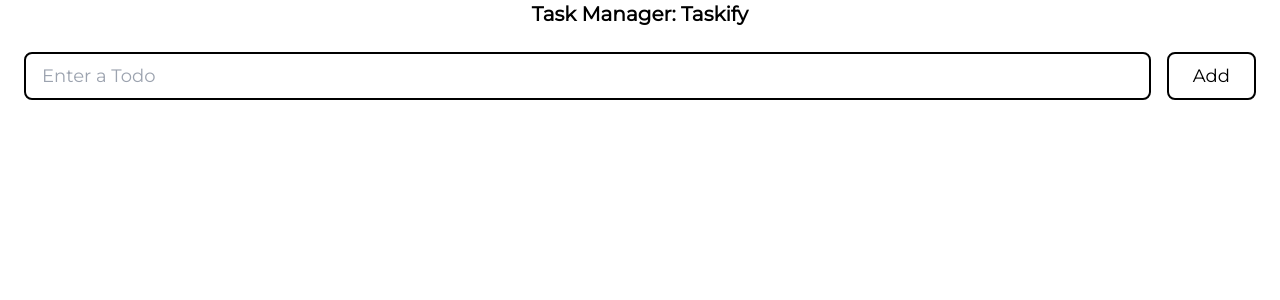
Repository: Dineshbhandari2023/Todo
Page: /
The author's editor kept a copy of each file at every save. The page is drawn from the files as they stood at one save, then again after the next save.
The browser window is 1280 px wide. The pictures show the whole page.
Some web fonts or font styles are not loaded; a fallback is used. The project was rebuilt for these pictures with package versions that can differ from the ones it lists, and the page was loaded fresh each time.

Above is the page before, as saved 2025-06-18 22:34:23.

### src/App.tsx
import React from "react";
import "./App.css";
import InputFields from "./Components/InputFields";

// //Learning Types
// let name: string;
// let age: number;
// let hobbies: string[];
// let role: [number, number, string];

// // Objects Can be defined using: types or interface
// type Animal = {
//   name: string;
//   age: number;
//   color?: string;
// };

// let myAnimal: Animal = {
//   name: "Dog",
//   age: 3,
//   color: "Brown",
// };

// let Animals: Animal[];

// //defining function in ts
// function printAnything(Animal: string) {
//   console.log(Animal);
// }

// printAnything("DOG");

function App() {
  return (
    <div className="App">
      <h1 className="font-bold text-xl">Task Manager: Taskify</h1>
      <InputFields />
    </div>
  );
}

export default App;

### src/App.css
@import url("https://fonts.googleapis.com/css2?family=Montserrat:ital@0;1&family=Savate:ital,wght@0,200..900;1,200..900&display=swap");

.App {
  text-align: center;
  font-family: "Montserrat", sans-serif;
}

### src/Components/InputFields.tsx
import React from "react";

const InputFields = () => {
  return (
    <div className="flex gap-4 m-6">
      <input
        type="text"
        placeholder="Enter a Todo"
        className="flex-1 px-4 py-2 border-2 border-black rounded-lg text-lg focus:outline-none focus:ring-2 focus:ring-blue-500"
      />
      <button className="px-6 py-2 bg-white border-2 border-black rounded-lg text-lg font-medium hover:bg-gray-50 focus:outline-none focus:ring-2 focus:ring-blue-500">
        Add
      </button>
    </div>
  );
};

export default InputFields;

Loaded but not shown: public/index.html (common file); src/index.tsx (common file); src/index.css (common file); tailwind.config.js (common file)

After the next save:
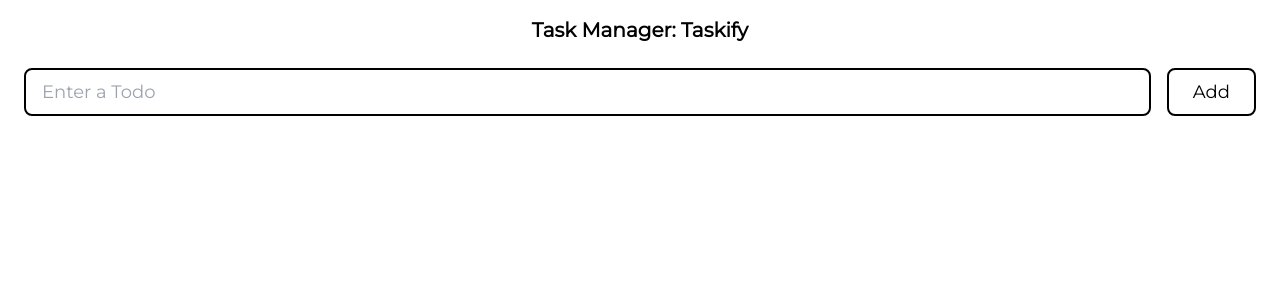
Saved 8 s later.
--- a/src/App.tsx
+++ b/src/App.tsx
@@ -33,7 +33,7 @@ import InputFields from "./Components/InputFields";
 function App() {
   return (
     <div className="App">
-      <h1 className="font-bold text-xl">Task Manager: Taskify</h1>
+      <h1 className="font-bold text-xl mt-4">Task Manager: Taskify</h1>
       <InputFields />
     </div>
   );
